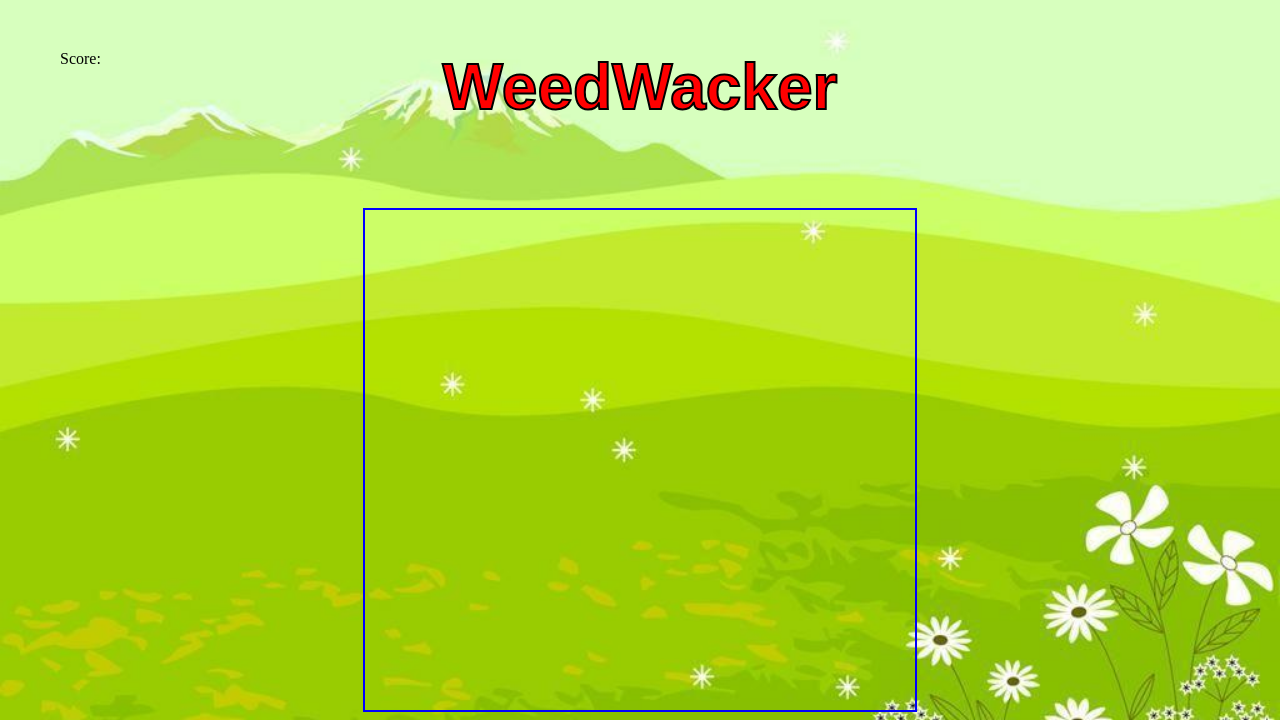
Repository: AustinW24/weedwacker
Page: main.html
These files come from the project's save history. The page is drawn as it stood at one moment and after a run of saves; the edit follows.
The browser window is 1280 px wide. The pictures show the whole page.
Some web fonts or font styles are not loaded; a fallback is used.

Above is the page before, as saved 2022-02-08 14:27:10.

### main.html
<!DOCTYPE html>
<html lang="en">

<head>
    <meta charset="UTF-8">
    <meta name="viewport" content="width=device-width, initial-scale=1.0">
    <meta http-equiv="X-UA-Compatible" content="ie=edge">
    <title>WeedWacker</title>
    <link href="http://fonts.cdnfonts.com/css/common-pixel" rel="stylesheet">
    <link rel="stylesheet" href="style.css">
</head>

<body>
    <script src="index.js"></script>
    <div class="container">

        <div class="score">Score: </div>
        <div class="heading">
            <h1 class="title">WeedWacker</h1>
        </div>

        <div class="grid"></div>

    </div>
</body>

</html>

### style.css
* {
    box-sizing: border-box;
    margin: 0 auto;
}

.container {
    height: 100vh;
    width: 100vw;
    background: url("/assets/wwbackground.jpg") no-repeat center;
    background-size: 100%;
    display: flex;
    align-items: center;
    justify-content: center;
    position: relative;
}

.grid {
    display: grid;
    place-items: center;
    grid-template-columns: repeat(4, 1fr);
    grid-template-rows: repeat(4, 1fr);
    column-gap: 10px;
    row-gap: 15px;
    width: 550px;
    height: 500px;
    position: absolute;
    bottom: 0;
    margin-bottom: 10px;
    outline: 2px solid blue;
    justify-content: center;
}

.heading {
    display: flex;
    position: absolute;
    top: 0;
    margin-top: 50px;
    font-family: 'Common Pixel', sans-serif;
    color: red;
    font-size: 2rem;
    -webkit-text-stroke-width: 2px;
    -webkit-text-stroke-color: black;
}

.score {
    left: 0;
    position: absolute;
    top: 0;
    margin-top: 50px;
    margin-left: 60px;
}

### index.js
let score = 0;

After the next 2 saves:
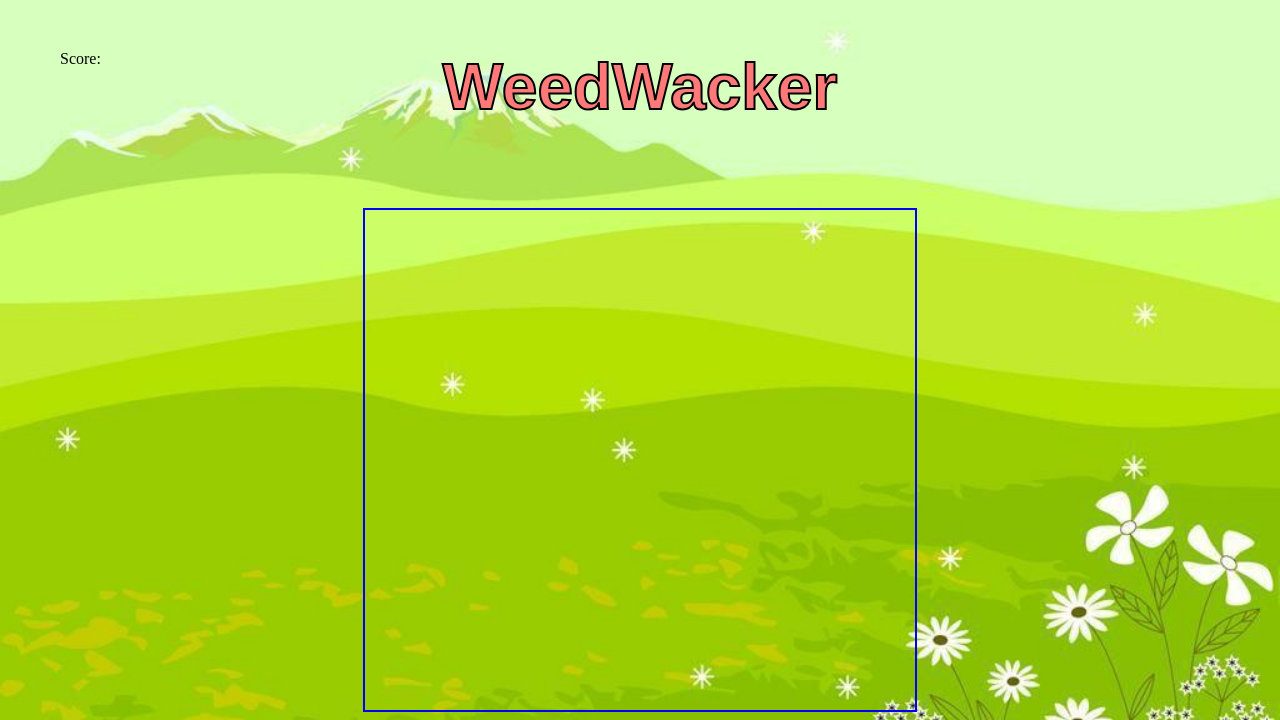
The 2 saves are shown as one change because they came seconds apart.
The last was saved 17 s later.
--- a/style.css
+++ b/style.css
@@ -36,7 +36,7 @@
     top: 0;
     margin-top: 50px;
     font-family: 'Common Pixel', sans-serif;
-    color: red;
+    color: rgb(255, 121, 121);
     font-size: 2rem;
     -webkit-text-stroke-width: 2px;
     -webkit-text-stroke-color: black;
